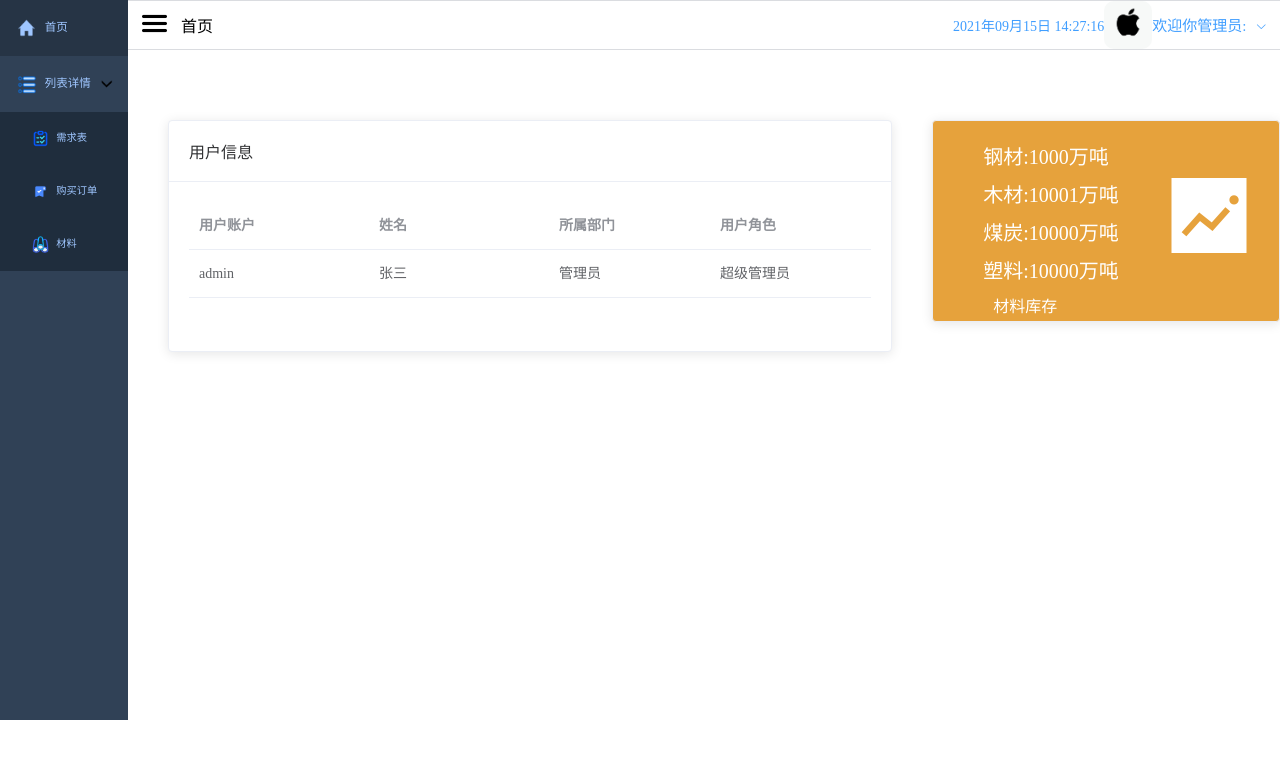
Repository: 572031690/fwwb-proj
Page: /home
These files come from the project's save history. The page is drawn as it stood at one moment and after the next save; the edit follows.
The browser window is 1280 px wide. The pictures show the whole page.
The project was rebuilt for these pictures with package versions that can differ from the ones it lists, and the page was loaded fresh each time. Also part of the build but not shown: vue.config.js, src/components/Adddata.vue, src/assets/data/rules.js, src/assets/data/addEditList.js, src/components/addDataDialog.vue, src/assets/mixins/home-mixins.js, src/view/home/User.vue, src/assets/data/drawerData.js and 16 more.

Above is the page before, as saved 2021-09-19 16:39:39.

### public/index.html
<!DOCTYPE html>
<html lang="">
  <head>
    <meta charset="utf-8">
    <meta name="viewport" content="width=device-width,initial-scale=1.0">
    <link rel="icon" href="<%= BASE_URL %>favicon.ico">
    <title><%= htmlWebpackPlugin.options.title %></title>
    <!-- 配置jquery -->
    <!-- <script src="http://ajax.googleapis.com/ajax/libs/jquery/1.8.0/jquery.min.js"></script> -->
     <!-- 百度的适口 -->
     <meta name="viewport" content="width=device-width,minimum-scale=1.0,maximum-scale=1.0,user-scalable=no">
     <!-- 搜索框 -->
     <meta http-equiv="X-UA-Compatible" content="IE=edge">
    <meta name="viewport" content="width=device-width, initial-scale=1.0">
    <link href="http://cdn.bootcss.com/font-awesome/4.7.0/css/font-awesome.min.css" rel="stylesheet">
  </head>
  <body>
    <noscript>
      <strong>We're sorry but <%= htmlWebpackPlugin.options.title %> doesn't work properly without JavaScript enabled. Please enable it to continue.</strong>
    </noscript>
    <div id="app"></div>
    <!-- built files will be auto injected -->
  </body>
</html>

### src/App.vue
<template>
  <div id="app">
    <!-- <v-login></v-login> -->
    <router-view></router-view>
  </div>
</template>

<script>
export default {
  data () {
    return {}
  },
  methods: {},
  components: {},
  mounted () {
    // this.$router.push({ path: 'login' }) // 页面跳转
  }
}
</script>

<style></style>

### src/assets/CSS/basic.css
a {
        text-decoration: none;
}

* {
        padding: 0;
        margin: 0;
}

html, body {
        height: 100%;
}

### src/view/home/HomeWel.vue
<template>
  <div class="wel-body">
    <div class="wel-body-overbox">
      <div class="top-box">
        <el-card class="box-card-right">
          <div slot="header" class="clearfix">
            <span>用户信息</span>
          </div>
          <div>
            <el-table :data="tableData" borderstyle="width: 100%">
              <el-table-column prop="userid" label="用户账户" width="180">
              </el-table-column>
              <el-table-column prop="name" label="姓名" width="180">
              </el-table-column>
              <el-table-column prop="department" label="所属部门">
              </el-table-column>
              <el-table-column prop="role" label="用户角色"> </el-table-column>
            </el-table>
          </div>
        </el-card>
        <el-card class="box-card" style=" background-color: #E6A23C;">
          <div class="img">
            <i class="el-icon-s-marketing" style="font-size: 100px; color: white"></i>
          </div>
            <div v-for="(item,index) in datalist"  class="item" :key="index" style="font-size:20px;color:white;padding-left:30px" >
          {{item.name+':'+item.num+'万吨'}}
            </div>

          <div class="text1">材料库存</div>
        </el-card>
      </div>
      <div class="bottom-box" >
        <el-card class="box-card" style=" background-color: MediumSeaGreen;" v-if="$store.state.departmentId==='10000' || $store.state.departmentId==='10001'|| $store.state.departmentId==='10020'"  >
          <div class="img">
            <i class="el-icon-document-checked" style="font-size: 100px; color: white"></i>
          </div>
          <div class="text item">
            {{ needpass }}
          </div>
          <div class="text1">需求通过数量</div>
        </el-card>
        <el-card class="box-card" style="background-color:#f56c6c;" v-if="$store.state.departmentId==='10000' || $store.state.departmentId==='10001'|| $store.state.departmentId==='10020'">
          <div class="img">
            <i class="el-icon-s-data" style="font-size: 100px; color: white"></i>
          </div>

          <div class="text item">
            {{ needreject }}
          </div>
          <div class="text1">需求驳回数量</div>
        </el-card>
        <el-card class="box-card" style=" background-color: #409eff" v-if="$store.state.departmentId==='10000' || $store.state.departmentId==='10001'|| $store.state.departmentId==='10020'">
          <div class="img">
            <i class="el-icon-s-order" style="font-size: 100px; color: white"></i>
          </div>
          <div class="text item">
            {{ needtotal }}
          </div>
          <div class="text1">需求总数</div>
        </el-card>
        <el-card class="box-card" style=" background-color: MediumSeaGreen;" v-if="$store.state.departmentId==='10000' || $store.state.departmentId==='10001'|| $store.state.departmentId==='10010'">
          <div class="img">
            <i class="el-icon-document-checked" style="font-size: 100px; color: white"></i>
          </div>
          <div class="text item">
            {{ orderpass }}
          </div>
          <div class="text1">订单通过数量</div>
        </el-card>
        <el-card class="box-card" style=" background-color:#f56c6c;" v-if="$store.state.departmentId==='10000' || $store.state.departmentId==='10001'|| $store.state.departmentId==='10010'">
          <div class="img">
            <i class="el-icon-s-data" style="font-size: 100px; color: white"></i>
          </div>
          <div class="text item">
            {{ orderreject }}
          </div>
          <div class="text1">订单驳回数量</div>
        </el-card>
        <el-card class="box-card" style=" background-color: #409eff;" v-if="$store.state.departmentId==='10000' || $store.state.departmentId==='10001'|| $store.state.departmentId==='10010'">
          <div class="img">
            <i class="el-icon-s-order" style="font-size: 100px; color: white"></i>
          </div>
          <div class="text item">
            {{ ordertotal }}
          </div>
          <div class="text1">订单总数量</div>
        </el-card>

      </div>
    </div>

  </div>
</template>

<script>
export default {
  data () {
    return {
      tableData: [
        {
          userid: 'admin',
          name: '张三',
          department: '管理员',
          role: '超级管理员'
        }
      ],
      needpass: 5,
      needreject: 0,
      needtotal: 0,
      orderpass: 0,
      orderreject: 0,
      ordertotal: 0,
      datalist: [
        { name: '钢材', num: 1000 },
        { name: '木材', num: 10001 },
        { name: '煤炭', num: 10000 },
        { name: '塑料', num: 10000 }
      ]
    }
  },
  methods: {

  }

}
</script>

<style lang="less" scoped>
.wel-body {
  height: 90%;
  padding-bottom: 10%;
  display: flex;
  flex-direction: column;
  justify-content: center;
  &-overbox {
    overflow: auto;
    height: 100%;

  }
  .top-box {
    padding-top: 40px;
    display: flex;
    justify-content:center;
  }
  .box-card-right {
    width: 940px;
    height: 230px;
    float: left;
    margin-top: 30px;
    margin-left: 40px;
  }
  .bottom-box {
    display: flex;
    justify-content:center;
    flex-wrap: wrap;
  }
  .box-card {
    width: 450px;
    height: 200px;
    float: left;
    margin-top: 30px;
    margin-left: 40px;
  }
    .img {
    float: right;
    padding-top: 25px;
  }

  .text {
    font-size: 50px;
    color: white;
    padding-left: 40px;
    padding-top: 20px;
    width: 50px;
  }
  .text1 {
    color: white;
    padding-left: 40px;
    width: 120px;
  }

  .item {
    margin-bottom: 9px;
  }

  .clearfix:before,
  .clearfix:after {
    display: table;
    content: "";
  }
  .clearfix:after {
    clear: both;
  }
}

</style>

### src/view/home/Driver.vue
<template>
  <div class="welbody" ref="body_ref" id="body">
    <!-- <div class="welcomehome" ref="welcomehome">
                欢迎管理员回来！
        </div> -->
    <div class="bodyleft">
      <div class="tabbody">
        <rankchart class="piechart" :titleFontSize="titleFontSize"></rankchart>

        <div class="tabbodyafter"></div>
      </div>
      <div class="tabbody">
        <piechart class="piechart" :titleFontSize="titleFontSize"></piechart>
        <div class="tabbodyafter"></div>
      </div>
    </div>
    <div class="tabmid">
      <div class="tabmidtop">
        <div class="tabmidtopTitle">2021年统计</div>
        <div  class="tabmidtopBody" >
          <div class="tabmidtopBodyLeft">
            <span>15000 </span>
            <span> 单</span>
          </div>
          <div class="tabmidtopBodyRight">
            <span>25500 </span>
            <span> 万元</span>
          </div>
        </div>
        <div  class="tabmidtopBottom" >
          <div>
            销售单量
          </div>
          <div>
            销售额
          </div>
        </div>
      </div>
      <mapChina></mapChina>
    </div>
    <div class="bodyright">
      <div class="tabbody">
        <linechart class="piechart" :titleFontSize="titleFontSize"></linechart>
        <div class="tabbodyafter"></div>
      </div>
      <div class="tabbody">
        <totalchart
          class="piechart"
          :titleFontSize="titleFontSize"
        ></totalchart>
        <div class="tabbodyafter"></div>
      </div>
    </div>

    <!-- <div ref="map_ref" class="bodymap"></div> -->
  </div>
</template>
<script>
import mapChina from '@/components/driver/MapChina.vue'
import piechart from '@/components/driver/leftchart/piechart.vue'
import rankchart from '@/components/driver/leftchart/rankchart.vue'
import linechart from '@/components/driver/rightchart/linechart.vue'
import totalchart from '@/components/driver/rightchart/totalchart.vue'
import elementResizeDetectorMaker from 'element-resize-detector'
import '../../assets/图标字体/DS-DIGIT.TTF'
export default {
  components: {
    mapChina,
    piechart,
    rankchart,
    linechart,
    totalchart
  },
  data () {
    return {
      titleFontSize: 15
    }
  },
  mounted () {
    // window.addEventListener("resize", this.screenAdapter);
    // 在页面加载完成的时候, 主动进行屏幕的适配
    // setTimeout(() => {
    // this.screenAdapter();
    // }, 600);
    const _this = this
    const erd = elementResizeDetectorMaker()
    erd.listenTo(document.getElementById('body'), element => {
      _this.$nextTick(() => {
        // 监听到事件后执行的业务逻辑
        this.screenAdapter()
      })
    })
  },
  destroyed () {
    // 在组件销毁的时候, 需要将监听器取消掉
    // window.removeEventListener("resize", this.screenAdapter);
  },
  methods: {
    screenAdapter () {
      this.titleFontSize = (this.$refs.body_ref.clientWidth / 100) * 0.8 // 15
      console.log(this.titleFontSize, 'titleFontSize132')
    }
  }
}
</script>
<style lang="less" scoped>
.welbody {
  height: 100%;
  width: 100%;
  background: #0d3465;
  display: flex;
  justify-content: center;
  align-items: center;
}
.bodyleft {
  flex: 1;
  height: 100%;
  width: 25%;
  /* width: 22%;
  min-width: 22%;
  max-width: 22%; */
}
.bodyright {
  flex: 1;
  height: 100%;
  width: 25%;
  /* width: 22%;
  min-width: 22%;
  max-width: 22%; */
}
.tabmid {
  position: relative;
  flex: 2;
  width: 50%;
  height: 100%;
  /* width: 48%;
  min-width: 48%;
  max-width: 48%; */
}
.tabbody {
  background: url(../../assets/img/line.png) no-repeat;
  background-size: 100% 100%;
  height: 49%;
  width: 97.3%;
  position: relative;
  margin: 5px;
  border: 1px solid rgba(47, 137, 207, 0.2);
  /* opacity: 0.3; */
  &::after {
    content: "";
    position: absolute;
    height: 10px;
    width: 10px;
    top: 0px;
    left: 0px;
    border-top: 2px solid #02a6b5;
    border-left: 2px solid #02a6b5;
  }
  &::before {
    content: "";
    position: absolute;
    height: 10px;
    width: 10px;
    top: 0px;
    right: 0px;
    border-top: 2px solid #02a6b5;
    border-right: 2px solid #02a6b5;
  }
}
.piechart {
  height: 100%;
  width: 100%;
}
.tabbodyafter {
  &::after {
    content: "";
    position: absolute;
    height: 10px;
    width: 10px;
    bottom: 0px;
    left: 0px;
    border-bottom: 2px solid #02a6b5;
    border-left: 2px solid #02a6b5;
  }
  &::before {
    content: "";
    position: absolute;
    height: 10px;
    width: 10px;
    bottom: 0px;
    right: 0px;
    border-bottom: 2px solid #02a6b5;
    border-right: 2px solid #02a6b5;
  }
}
.tabmidtop {
  position: absolute;
  /* height: 20%; */
  height: 120px;
  width: 60%;
  border: 2px solid rgb(13, 31, 107);
  left: 50%;
  background-color: rgb(13, 31, 107);
  transform: translate(-50%, 0);
  /* 50%为自身尺寸的一半 */
}
.tabmidtopTitle {
  color: white;
  font-size: 1.1vw;
  padding: 8px 15px 5px;
}
.tabmidtopBody {
  display: flex;
  height: 50px;
  width: 95%;
  margin: 0 auto;
  border: 1px solid rgba(47, 137, 207, 0.2);
}
/*引入图标字体文件*/
@font-face {
  font-family: electronicFont;
  src: url(../../assets/图标字体/DS-DIGIT.TTF);
}
.tabmidtopBodyLeft {
  flex: 1;
  position: relative;
  color: rgb(255, 235, 123);
  text-align: center;
  font-size: 2vw;
  line-height: 50px;
  font-family: 'electronicFont';
  span {
    &:nth-child(2) {
      font-size: 1vw;
    }
  }
  &::after {
    content: "";
    position: absolute;
    top: 0;
    left: 0;
    height: 15px;
    width: 35px;
    border-top: 2px solid #02a6b5;
    border-left: 2px solid #02a6b5;
  }
  &::before {
    content: "";
    position: absolute;
    top: 50%;
    right: 0;
    transform: translateY(-50%);
    height: 35px;
    width: 2px;
    background-color: rgba(46, 147, 224, 0.2);
  }
}
.tabmidtopBodyRight {
  flex: 1;
  position: relative;
  color: rgb(255, 235, 123);
  text-align: center;
  font-size: 2vw;
  line-height: 50px;
  font-family: 'electronicFont';
  span {
    &:nth-child(2) {
      font-size: 1vw;
    }
  }
  &::after {
    content: "";
    position: absolute;
    bottom: 0;
    right: 0;
    height: 15px;
    width: 35px;
    border-bottom: 2px solid #02a6b5;
    border-right: 2px solid #02a6b5;
  }
}
.tabmidtopBottom {
  display: flex;
  margin-top: 4px;
  & > div {
    font-size: 0.8vw;
    flex: 1;
    color: rgb(180, 187, 210);
    text-align: center;
  }
}

/* .bodymap { */
/* width: 41vw; */
/* height: 41vw; */
/* background-color: #031255; */
/* } */
/* .welcomehome {
  line-height: 500px;
  text-align: center;
  font-size: 80px;
  color: #409eff;
} */
</style>

Loaded but not shown: src/plugins/element.js (common file); src/assets/data/homeRouter.js (128 lines, source omitted); src/service/axios.js (104 lines, source omitted); src/service/index.js (97 lines, source omitted); src/router/index.js (74 lines, source omitted); src/service/api/module/home(1)/need.js (64 lines, source omitted); src/service/api/module/home/buy.js (64 lines, source omitted); src/service/api/module/home(1)/buy.js (64 lines, source omitted); src/service/api/module/home/need.js (63 lines, source omitted); src/main.js (41 lines, source omitted); src/assets/data/tableData.js (22 lines, source omitted); src/service/api/module/home/department.js (45 lines, source omitted); src/service/api/module/home/table.js (49 lines, source omitted); src/service/api/module/home/user.js (49 lines, source omitted); src/service/api/module/home/item.js (48 lines, source omitted); src/service/api/module/home(1)/item.js (48 lines, source omitted); src/service/api/index.js (26 lines, source omitted); src/service/api/module/home(1)/login.js (35 lines, source omitted); src/service/api/module/login.js (35 lines, source omitted); src/store/index.js (30 lines, source omitted); src/service/api/module/home.js (21 lines, source omitted); src/service/api/module/home/table-service.js (24 lines, source omitted); src/service/api.url.js (12 lines, source omitted); src/service/api/module/my-login.js (12 lines, source omitted); src/view/Home.vue (553 lines, source omitted); src/service/api/module/home/controlStock.js (no copy from this time; the picture is the same without it); src/service/api/module/home/driver.js (no copy from this time; the picture is the same without it); src/service/api/module/home/permission.js (no copy from this time; the picture is the same without it); src/service/api/module/home/permisson.js (no copy from this time; the picture is the same without it); src/service/api/module/home/personal.js (no copy from this time; the picture is the same without it); src/service/api/module/home/role.js (no copy from this time; the picture is the same without it); src/service/api/module/home/warehouse.js (no copy from this time; the picture is the same without it); src/service/api/module/home/welcome.js (no copy from this time; the picture is the same without it)

After the next save:
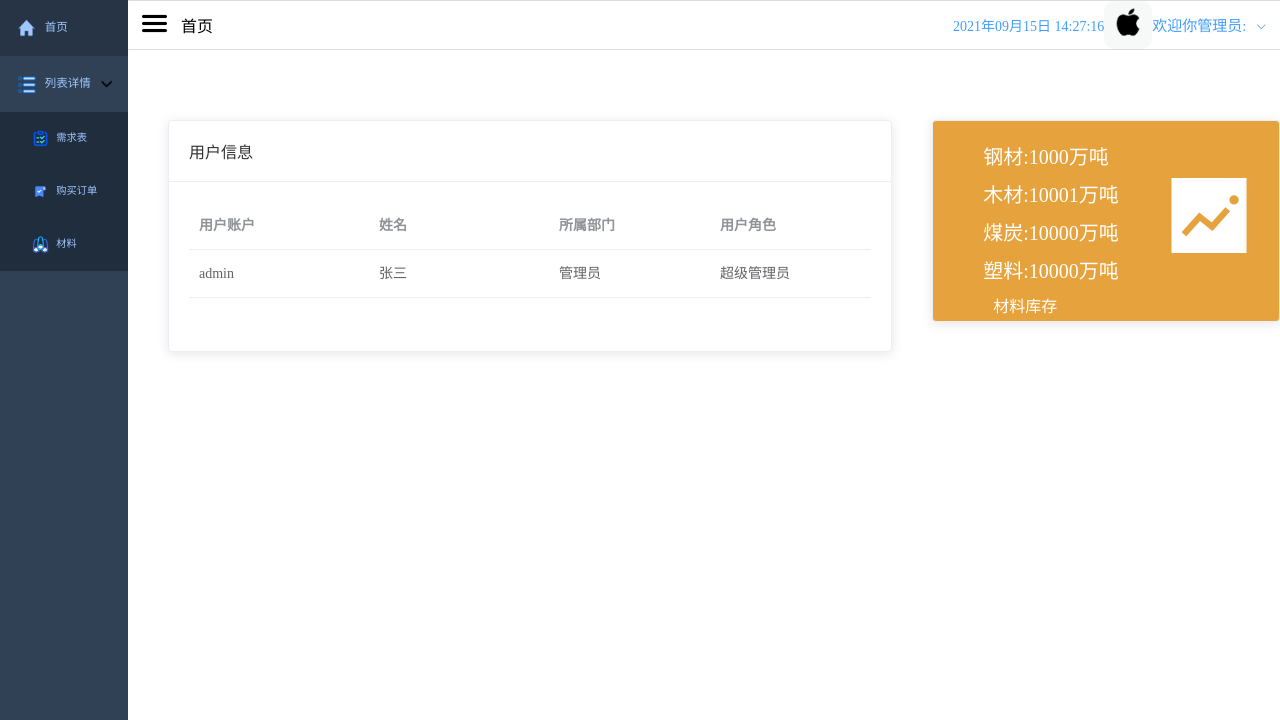
Saved 13 s later.
--- a/src/view/home/HomeWel.vue
+++ b/src/view/home/HomeWel.vue
@@ -128,7 +128,6 @@
 <style lang="less" scoped>
 .wel-body {
   height: 90%;
-  padding-bottom: 10%;
   display: flex;
   flex-direction: column;
   justify-content: center;
